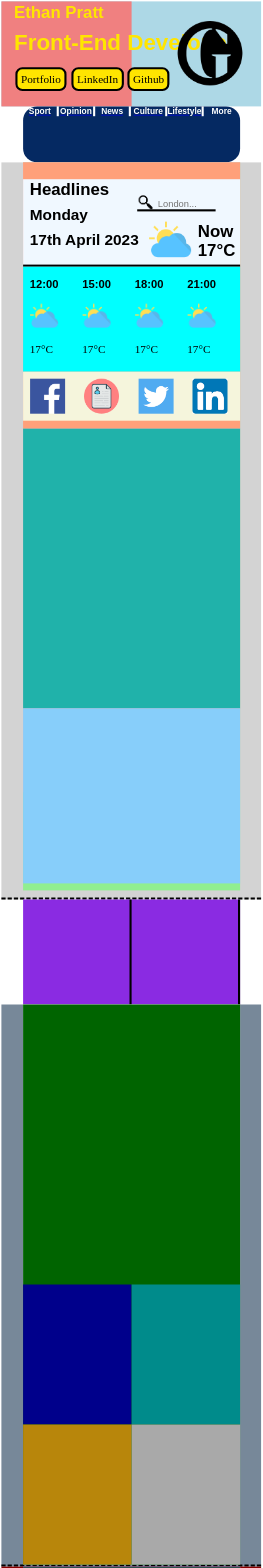
Repository: ghend99/News-Media
Page: index.html
These files come from the project's save history. The page is drawn as it stood at one moment and after the next save; the edit follows.
The browser window is 375 px wide. The pictures show the part of the page from y = 0 to 2240 px (the page is 4372 px tall), at 70% of full size.
Some web fonts or font styles are not loaded; a fallback is used.

Above is the page before, as saved 2023-05-07 15:50:11.

### index.html
<!DOCTYPE html>
<html lang="en">
  <head>
    <meta charset="UTF-8" />
    <meta http-equiv="X-UA-Compatible" content="IE=edge" />
    <meta name="viewport" content="width=device-width, initial-scale=1.0" />

    <link rel="stylesheet" href="style.css" />

    <title>Document</title>
  </head>
  <body>
    <!-- Header Container -->
    <div id="header-container">
      <div id="header-left-section">
        <p class="header-name webpage-header">Ethan Pratt</p>

        <p class="header-job webpage-header">Front-End Developer</p>
        <p class="header-social-link header-social-link-portfolio">Portfolio</p>
        <p class="header-social-link header-social-link-linkedin">LinkedIn</p>
        <p class="header-social-link header-social-link-github">Github</p>
      </div>
      <div id="header-middle-section"></div>
      <div id="header-right-section">
        <img class="header-logo" src="./images/guardian-logo.png" />
        <img
          class="header-logo-mobile"
          src="./images/guardian-logo-mobile.png"
        />
        <p class="header-slogan webpage-header">Newspaper of the year</p>
      </div>
    </div>

    <!-- Navigation Links Container -->
    <div id="navigation-link-container">
      <a href="page2.html">
        <p class="navigation-link webpage-header">Sport</p>
      </a>

      <a href="page2.html">
        <p class="navigation-link webpage-header">Opinion</p>
      </a>

      <a href="page2.html">
        <p class="navigation-link webpage-header">News</p>
      </a>

      <a href="page2.html">
        <p class="navigation-link webpage-header">Culture</p>
      </a>

      <a href="page2.html" id="nav-link">
        <p class="navigation-link webpage-header">Lifestyle</p>
      </a>

      <a>
        <p class="navigation-link webpage-header" id="navigation-link6">More</p>
      </a>
    </div>

    <!-- News Section 1 -->

    <div id="news1-container">
      <div id="news1-wrapper">
        <div id="news1-article-container">
          <div id="news1-weather-container">
            <div id="weather-top-section">
              <p class="weather-container-header webpage-header">Headlines</p>
              <p class="weather-container-day webpage-header">Monday</p>
              <p class="weather-container-date webpage-header">
                17th April 2023
              </p>
              <img src="./images/search-icon-black.png" class="search-icon" />
              <input
                type="text"
                placeholder="London..."
                class="weather-container-location-input"
              />
              <img
                class="weather-location-current-icon"
                src="./images/cloudy.png"
              />
              <p class="weather-location-current-text webpage-header">
                Now <br />17°C
              </p>
            </div>
            <div id="weather-middle-section">
              <div id="weather-middle-section-time1">
                <p class="webpage-header">12:00</p>
                <img src="./images/cloudy.png" class="weather-now-icon" />
                <p>17°C</p>
              </div>
              <div id="weather-middle-section-time2">
                <p class="webpage-header">15:00</p>
                <img src="./images/cloudy.png" class="weather-now-icon" />
                <p>17°C</p>
              </div>
              <div id="weather-middle-section-time3">
                <p class="webpage-header">18:00</p>
                <img src="./images/cloudy.png" class="weather-now-icon" />
                <p>17°C</p>
              </div>
              <div id="weather-middle-section-time4">
                <p class="webpage-header">21:00</p>
                <img src="./images/cloudy.png" class="weather-now-icon" />
                <p>17°C</p>
              </div>
            </div>
            <div id="weather-bottom-section">
              <img
                class="weather-soiclas-link-icon"
                src="./images/facebook.png"
              />
              <img
                class="weather-soiclas-link-icon"
                src="./images/resume-icon.png"
              />
              <img
                class="weather-soiclas-link-icon"
                src="./images/twitter.png"
              />
              <img
                class="weather-soiclas-link-icon"
                src="./images/linekdin.png"
              />
            </div>
          </div>
          <div id="news1-article1-container"></div>
          <div id="news1-article2-container"></div>
        </div>
      </div>
    </div>

    <!-- News Headers -->
    <div id="news-headers">
      <div class="news-header"></div>
      <div class="news-header"></div>
      <div class="news-header"></div>
      <div class="news-header" id="news-header4"></div>
    </div>

    <!-- News Section 2 -->
    <div id="news2-container">
      <div id="news2-wrapper">
        <div id="news2-article-container">
          <div id="news2-article1"></div>
          <div id="news2-article2">
            <div id="news2-article2-article1"></div>
            <div id="news2-article2-article2"></div>
            <div id="news2-article2-article3"></div>
            <div id="news2-article2-article4"></div>
          </div>
        </div>
      </div>
    </div>

    <!-- News Section 3 -->
    <div id="news3-container">
      <div id="news3-wrapper">
        <div id="news3-article-container">
          <div id="news3-article1-container"></div>
          <div id="news3-article2-container"></div>
        </div>
      </div>
    </div>

    <!-- News Section 4 -->
    <div id="news4-container">
      <div id="news4-wrapper">
        <div id="news4-article-container">
          <div id="news4-article1-container-header"></div>
          <div id="news4-article2-container">
            <div id="news4-article2-article1"></div>
            <div id="news4-article2-article2"></div>
            <div id="news4-article2-article3"></div>
            <div id="news4-article2-article4"></div>
          </div>
        </div>
      </div>
    </div>

    <!-- News Section 5 -->
    <div id="news5-container">
      <div id="news5-wrapper">
        <div id="news5-article-container">
          <div id="news5-article1-container"></div>
          <div id="news5-article2-container"></div>
        </div>
      </div>
    </div>

    <!-- Footer -->
    <div id="footer-container">
      <div id="footer-wrapper">
        <div id="footer-content-container">
          <div id="footer-navigation-link-container">
            <a href="page2.html">
              <p class="navigation-link webpage-header"></p>
            </a>

            <a href="page2.html">
              <p class="navigation-link webpage-header"></p>
            </a>

            <a href="page2.html">
              <p class="navigation-link webpage-header"></p>
            </a>

            <a href="page2.html">
              <p class="navigation-link webpage-header"></p>
            </a>

            <a href="page2.html" id="nav-link">
              <p class="navigation-link webpage-header"></p>
            </a>

            <a>
              <p
                class="navigation-link webpage-header"
                id="navigation-link6"
              ></p>
            </a>
          </div>
          <div id="footer-section2">
            <div id="footer-section2-section1"></div>
            <div id="footer-section2-section2"></div>
            <div id="footer-section2-section3"></div>
            <div id="footer-section2-section4"></div>
            <div id="footer-section2-section5"></div>
          </div>
        </div>
      </div>
    </div>
  </body>
</html>

### style.css
@import url("https://fonts.googleapis.com/css2?family=Signika+Negative:wght@600&display=swap");

body {
  margin: 2px;
}

.webpage-header {
  font-family: "Signika Negative", sans-serif;
  font-weight: bold;
}

#header-container {
  display: grid;
  grid-template-columns: 1fr 1fr 1fr;
  grid-template-rows: 1fr;
  width: 100%;
  min-width: 310px;
  max-height: 300px;
  min-height: 150px;
  background-color: lightblue;
}

#header-left-section {
  background-color: lightcoral;
}

.header-name {
  position: absolute;
  color: #ffe500;
  font-size: 32px;
  left: 20px;
  top: -20px;
}

.header-job {
  position: absolute;
  color: #ffe500;
  font-size: 32px;
  left: 20px;
  top: 10px;
}

.header-social-link {
  position: absolute;
  border: solid;
  padding: 5px;
  background-color: #ffe500;
  width: fit-content;
  border-radius: 10px;
}

.header-social-link-portfolio {
  top: 80px;
  margin-left: 20px;
}

.header-social-link-linkedin {
  top: 80px;
  margin-left: 100px;
}

.header-social-link-github {
  top: 80px;
  margin-left: 180px;
}

#header-right-section {
  background-color: lightgoldenrodyellow;
}

.header-logo {
  position: absolute;
  width: 400px;
  margin-left: 50px;
  right: 140px;
  top: 20px;
}

.header-logo-mobile {
  display: none;
}

.header-slogan {
  position: absolute;
  width: 400px;
  margin-left: 50px;
  right: 80px;
  top: 60px;
  font-size: 26px;
  color: #ffe500;
}

#navigation-link-container {
  position: relative;
  display: grid;
  grid-template-columns: 1fr 1fr 1fr 1fr 1fr 1fr;
  grid-template-rows: 1fr;
  max-height: 200px;
  min-height: 80px;
  width: 50%;
  min-width: 310px;
  left: 50%;
  transform: translate(-50%);
  background-color: #052962;
  border-radius: 20px;
  text-align: center;
}

.navigation-link {
  border-right: solid;
  border-color: white;
  margin-top: auto;
  margin-bottom: auto;
  color: white;
}

#navigation-link6 {
  border-right: none;
}

#news1-container {
  /* width: 100%;
  min-width: 304px; */
  max-height: 1000px;
  min-height: 800px;
  background-color: lightgray;
  border-bottom: dashed;
}

#news1-wrapper {
  position: relative;
  left: 50%;
  transform: translate(-50%);
  background-color: lightgreen;
  max-width: 50%;
  min-width: 800px;
  max-height: 900px;
  min-height: 800px;
  border-left: dashed;
  border-right: dashed;
  padding-left: 10px;
  padding-right: 10px;
}

#news1-article-container {
  position: relative;
  display: grid;
  grid-template-columns: 0.5fr 1.5fr 0.7fr;
  grid-template-rows: 1fr;
  width: 100%;
  min-width: 304px;
  max-height: 900px;
  min-height: 800px;
  background-color: lightpink;
}

#news1-weather-container {
  display: grid;
  grid-template-columns: 1fr;
  grid-template-rows: 0.7fr 1fr 1fr;
  background-color: lightsalmon;
  height: 450px;
}

#weather-top-section {
  background-color: aliceblue;
  border-bottom: solid;
  padding-left: 10px;
}

.weather-container-header {
  font-size: 24px;
  margin-bottom: 0;
}

.weather-container-day {
  font-size: 22px;
  margin-top: 10px;
  margin-bottom: 0;
}

.weather-container-date {
  font-size: 22px;
  margin-top: 10px;
}

.search-icon {
  position: absolute;
  top: 147px;
  width: 20px;
  left: 10px;
}

.weather-container-location-input {
  text-decoration: none;
  border: none;
  border-bottom: solid;
  background-color: transparent;
  padding-left: 30px;
  margin-left: 5px;
  margin-right: 5px;
  max-width: 200px;
  min-width: 50px;
}

.weather-location-current-icon {
  width: 80px;
}

.weather-location-current-text {
  position: absolute;
  font-size: 24px;
  top: 160px;
  left: 100px;
}
#weather-middle-section {
  background-color: aqua;
  display: grid;
  grid-template-columns: 1fr 1fr 1fr 1fr;
  grid-template-rows: 1fr;
  padding-left: 10px;
}

.weather-now-icon {
  width: 40px;
}

#weather-bottom-section {
  background-color: beige;
  display: grid;
  grid-template-columns: 1fr 1fr 1fr 1fr;
  grid-template-rows: 1fr;
}

.weather-soiclas-link-icon {
  width: 50px;
  padding: 10px;
}

#news1-article1-container {
  background-color: lightseagreen;
}

#news1-article2-container {
  background-color: lightskyblue;
}

#news-headers {
  position: relative;
  display: grid;
  grid-template-columns: 1fr 1fr 1fr 1fr;
  grid-template-rows: 1fr;
  max-height: 250px;
  min-height: 150px;
  left: 50%;
  transform: translate(-50%);
  width: 50%;
  min-width: 800px;
  background-color: blueviolet;
  border-left: dashed;
  border-right: dashed;
  padding-left: 10px;
  padding-right: 10px;
}

.news-header {
  border-right: solid;
}

#news-header4 {
  border-right: none;
}

#news2-container {
  /* width: 100%;
  min-width: 304px; */
  max-height: 800px;
  min-height: 620px;
  background-color: lightslategray;
  border-bottom: dashed;
}

#news2-wrapper {
  position: relative;
  left: 50%;
  transform: translate(-50%);
  background-color: white;
  max-width: 50%;
  min-width: 800px;
  max-height: 800px;
  min-height: 605px;
  border-left: dashed;
  border-right: dashed;
  padding-left: 10px;
  padding-right: 10px;
}

#news2-article-container {
  position: relative;
  display: grid;
  grid-template-columns: 1fr 1fr;
  grid-template-rows: 1fr;
  width: 100%;
  min-width: 304px;
  max-height: 900px;
  min-height: 600px;
  background-color: darkgreen;
}

#news2-article1 {
  min-height: 400px;
}

#news2-article2 {
  display: grid;
  grid-template-columns: 1fr 1fr;
  grid-template-rows: 1fr 1fr;
}

#news2-article2-article1 {
  background-color: darkblue;
}

#news2-article2-article2 {
  background-color: darkcyan;
}

#news2-article2-article3 {
  background-color: darkgoldenrod;
}

#news2-article2-article4 {
  background-color: darkgray;
}

#news3-container {
  max-height: 800px;
  min-height: 620px;
  background-color: darkred;
  border-bottom: dashed;
}

#news3-wrapper {
  position: relative;
  left: 50%;
  transform: translate(-50%);
  background-color: white;
  max-width: 50%;
  min-width: 800px;
  max-height: 800px;
  min-height: 605px;
  border-left: dashed;
  border-right: dashed;
  padding-left: 10px;
  padding-right: 10px;
}

#news3-article-container {
  display: grid;
  grid-template-columns: 0.6fr 1fr;
  grid-template-rows: 1fr;
  background-color: darkmagenta;
  width: 100%;
  min-width: 304px;
  max-height: 900px;
  min-height: 600px;
}

#news3-article1-container {
  background-color: darkslategray;
}

#news3-article2-container {
  background-color: darksalmon;
}

#news4-container {
  max-height: 550px;
  min-height: 400px;
  background-color: darkviolet;
  border-bottom: dashed;
}

#news4-wrapper {
  position: relative;
  left: 50%;
  transform: translate(-50%);
  background-color: white;
  max-width: 50%;
  min-width: 800px;
  max-height: 800px;
  min-height: 400px;
  border-left: dashed;
  border-right: dashed;
  padding-left: 10px;
  padding-right: 10px;
}

#news4-article-container {
  display: grid;
  grid-template-columns: 0.4fr 1fr;
  grid-template-rows: 1fr;
  width: 100%;
  min-width: 304px;
  max-height: 900px;
  min-height: 500px;
  background-color: darkolivegreen;
}

#news4-article2-container {
  display: grid;
  grid-template-columns: 1fr 1fr;
  grid-template-rows: 1fr 1fr;
}

#news4-article2-article1 {
  background-color: lightblue;
}

#news4-article2-article2 {
  background-color: lightcoral;
}

#news4-article2-article3 {
  background-color: lightgoldenrodyellow;
}

#news4-article2-article4 {
  background-color: lightgray;
}

#news5-container {
  max-height: 340px;
  min-height: 300px;
  background-color: darkviolet;
  border-bottom: dashed;
}

#news5-wrapper {
  position: relative;
  left: 50%;
  transform: translate(-50%);
  background-color: white;
  max-width: 50%;
  min-width: 800px;
  max-height: 800px;
  min-height: 300px;
  border-left: dashed;
  border-right: dashed;
  padding-left: 10px;
  padding-right: 10px;
}

#news5-article-container {
  display: grid;
  grid-template-columns: 1.8fr 1fr;
  grid-template-rows: 1fr;
  width: 100%;
  min-width: 304px;
  max-height: 900px;
  min-height: 340px;
}

#news5-article1-container {
  background-color: lightgray;
}

#news5-article2-container {
  background-color: darkmagenta;
}

#footer-container {
  max-height: 700px;
  min-height: 500px;
  background-color: #052962;
  border-bottom: dashed;
}

#footer-wrapper {
  position: relative;
  left: 50%;
  transform: translate(-50%);
  background-color: darkgreen;
  max-width: 50%;
  min-width: 800px;
  max-height: 800px;
  min-height: 500px;
  border-left: solid;
  border-right: solid;
  border-bottom: solid;
  padding-left: 10px;
  padding-right: 10px;
}

#footer-content-container {
  display: grid;
  grid-template-columns: 1fr;
  grid-template-rows: 0.2fr 1fr;
  background-color: darkmagenta;
  width: 100%;
  min-width: 304px;
  max-height: 900px;
  min-height: 600px;
}

#footer-navigation-link-container {
  display: grid;
  grid-template-columns: 1fr 1fr 1fr 1fr 1fr 1fr;
  background-color: lightsteelblue;
}

#footer-section2 {
  display: grid;
  grid-template-columns: 1.2fr 0.6fr 0.6fr 0.6fr 1fr;
  grid-template-rows: 1fr;
}

#footer-section2-section1 {
  background-color: bisque;
}

#footer-section2-section2 {
  background-color: lightcoral;
}

#footer-section2-section3 {
  background-color: lightsalmon;
}

#footer-section2-section4 {
  background-color: lightseagreen;
}

#footer-section2-section5 {
  background-color: darkorange;
}

@media screen and (min-width: 0) and (max-width: 1467px) {
  #news2-article-container {
    grid-template-columns: 1fr;
    grid-template-rows: 1fr 1fr;
    min-height: 700px;
  }
}

@media screen and (min-width: 0) and (max-width: 819px) {
  .header-logo {
    display: none;
  }

  .header-logo-mobile {
    position: absolute;
    display: flex;
    right: 0;
    top: 30px;
    width: 150px;
  }

  .header-slogan {
    display: none;
  }

  #news1-container {
    min-height: 1050px;
    border-bottom: dashed;
  }

  #news1-wrapper {
    min-width: 400px;
    min-height: 1040px;
  }

  #news1-article-container {
    display: block;
  }

  #news1-weather-container {
    display: inline-block;
    min-width: 100%;
    height: 380px;
  }

  .search-icon {
    /* display: none; */
    position: absolute;
    left: 255px;
    top: 47px;
  }

  .weather-container-location-input {
    /* display: none; */
    position: absolute;
    right: 30px;
    top: 50px;
    width: 80px;
  }

  .weather-location-current-icon {
    position: absolute;
    right: 110px;
    top: 80px;
    width: 60px;
    /* display: none; */
  }

  .weather-location-current-text {
    /* display: none; */
    position: absolute;
    left: 320px;
    top: 60px;
    width: 40px;
  }

  #weather-middle-section {
    height: 150px;
  }

  #news1-article1-container {
    grid-template-columns: 1fr;
    grid-template-rows: 1fr 1fr;
    min-width: 100%;
    min-height: 400px;
  }

  #news1-article2-container {
    display: inline-block;
    min-width: 100%;
    min-height: 250px;
  }

  #news-headers {
    grid-template-columns: 1fr 1fr 1fr;
    min-width: 400px;
    /* display: none; */
  }

  #news2-wrapper {
    min-width: 400px;
    /* display: none; */
  }

  #news3-wrapper {
    min-width: 400px;
  }

  #news3-article-container {
    display: grid;
    grid-template-columns: 1fr;
    grid-template-rows: 1fr 1fr;
  }

  #news4-wrapper {
    min-width: 400px;
  }

  #news4-article-container {
    grid-template-columns: 1fr;
    grid-template-rows: 0.2fr 1fr;
  }

  #news5-wrapper {
    min-width: 400px;
    min-height: 400px;
  }

  #news5-container {
    min-height: 400px;
  }

  #news5-article-container {
    grid-template-columns: 1fr;
    grid-template-rows: 1fr 1fr;
    min-height: 400px;
  }

  #footer-wrapper {
    min-width: 400px;
  }

  #footer-section2 {
    grid-template-columns: 1fr 1fr 1fr;
    grid-template-rows: 1fr;
  }
}

@media screen and (min-width: 0) and (max-width: 425px) {
  #header-container {
    grid-template-columns: 1fr 1fr;
  }

  .header-name {
    font-size: 24px;
  }

  .header-slogan {
    font-size: 20px;
  }

  .search-icon {
    left: 165px;
  }

  .weather-location-current-icon {
    left: 180px;
  }

  .weather-location-current-text {
    left: 250px;
  }

  #news1-wrapper {
    min-width: 310px;
    border: none;
    padding: 0;
  }

  #news-headers {
    grid-template-columns: 1fr 1fr;
    min-width: 310px;
    border: none;
    padding: 0;
  }

  .navigation-link {
    font-size: 12px;
  }

  #news2-wrapper {
    min-width: 310px;
    border: none;
    padding: 0;
  }

  #news3-wrapper {
    min-width: 310px;
    border: none;
    padding: 0;
  }

  #news4-wrapper {
    min-width: 310px;
    border: none;
    padding: 0;
  }

  #news5-wrapper {
    min-width: 310px;
    border: none;
    padding: 0;
  }

  #footer-wrapper {
    min-width: 310px;
    border: none;
    padding: 0;
  }
}

After the next save:
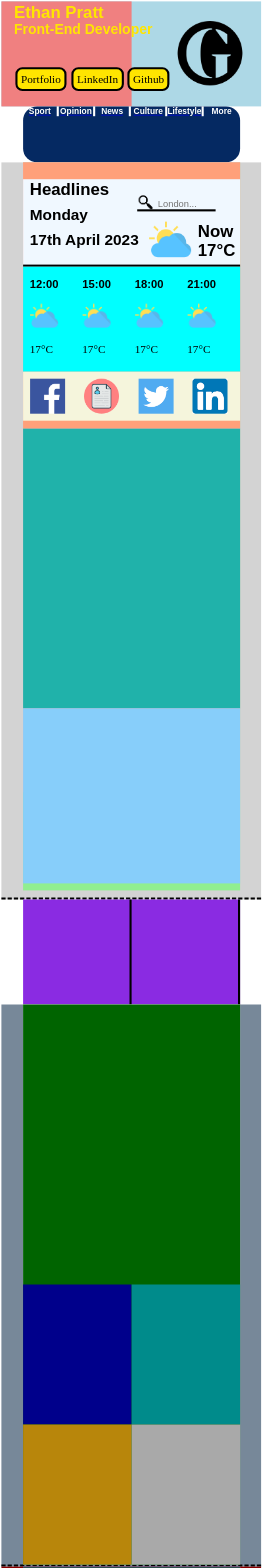
Saved 70 s later.
--- a/style.css
+++ b/style.css
@@ -692,7 +692,7 @@
     font-size: 24px;
   }
 
-  .header-slogan {
+  .header-job {
     font-size: 20px;
   }
 
